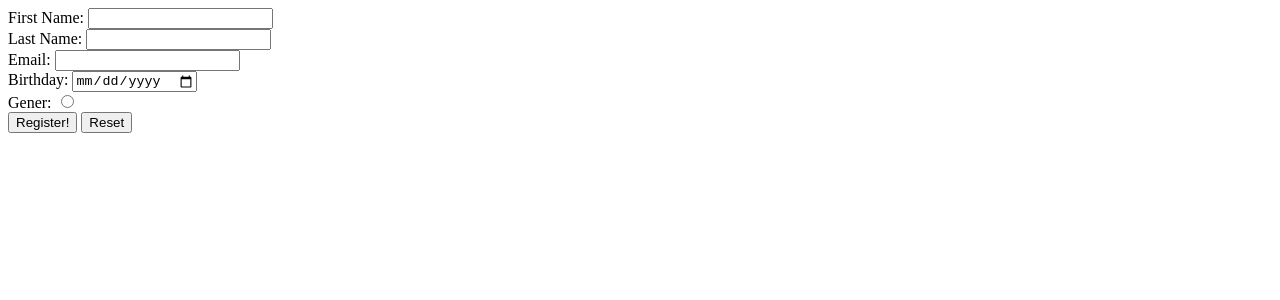
Repository: rileymeye1/ZTM
Page: register.html
These files come from the project's save history. The page is drawn as it stood at one moment and after the next save; the edit follows.
The browser window is 1280 px wide. The pictures show the whole page.

Above is the page before, as saved 2024-08-17 22:22:05.

### register.html
<!DOCTYPE html>
<html lang="en">
  <head>
    <meta charset="UTF-8">
    <meta name="viewport" content="width=device-width, initial-scale=1.0">
    <title>Register</title>
  </head>
  <body>
    <form>
      First Name: <input type="text"><br>
      Last Name: <input type="text"><br>
      Email: <input type="email" required><br>
      Birthday: <input type="date"><br>
      Gener: <input type="radio"><br>
      <input type="submit" value="Register!">
      <input type="reset">
    </form>
  </body>
</html>

After the next save:
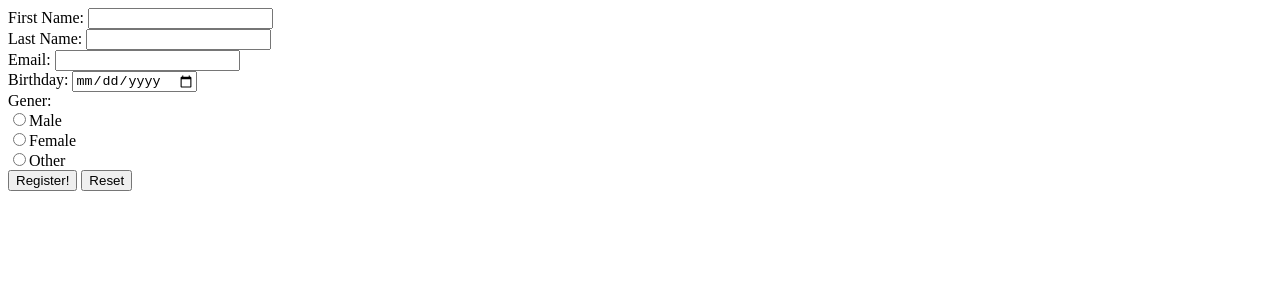
Saved 55 s later.
--- a/register.html
+++ b/register.html
@@ -11,7 +11,10 @@
       Last Name: <input type="text"><br>
       Email: <input type="email" required><br>
       Birthday: <input type="date"><br>
-      Gener: <input type="radio"><br>
+      Gener:<br>
+      <input type="radio">Male<br>
+      <input type="radio">Female<br>
+      <input type="radio">Other<br>
       <input type="submit" value="Register!">
       <input type="reset">
     </form>
